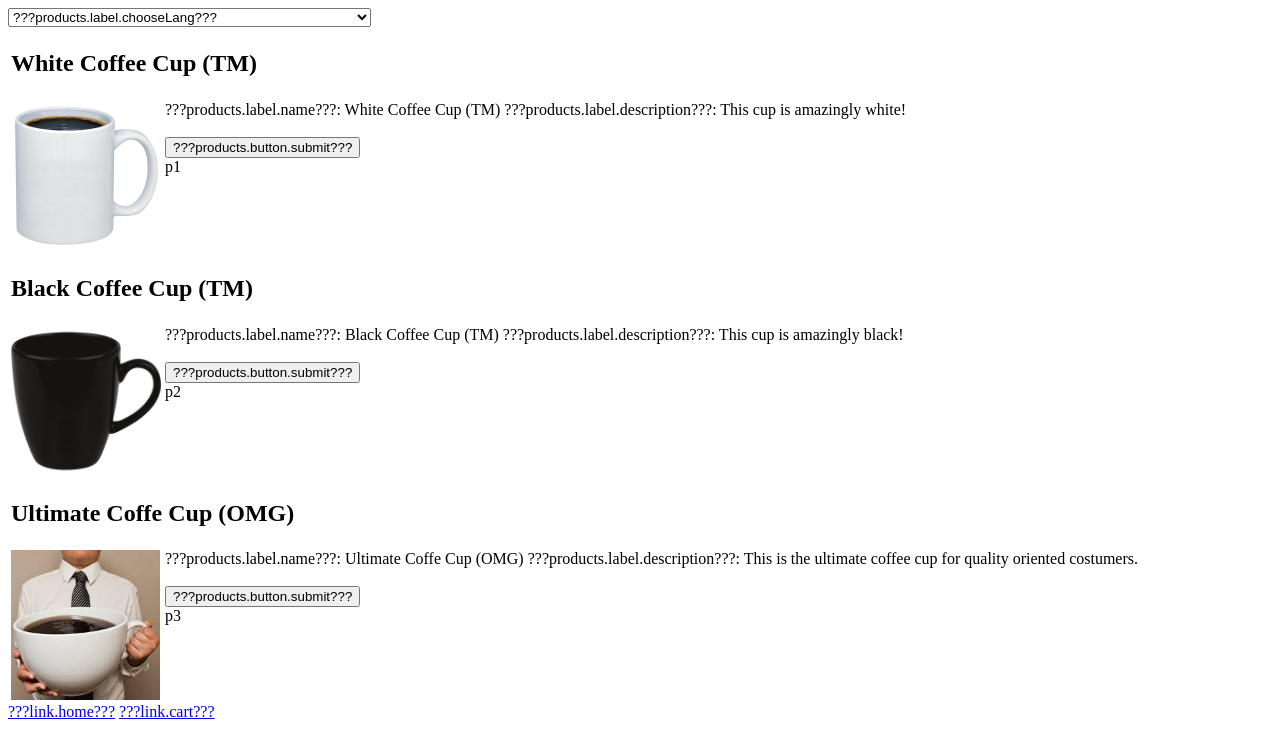
Repository: superdids/DAT152
Page: http://localhost/Oblig3/products
An editor plug-in stored every save of this project. The page is shown before and after a run of saves, followed by the edit.
The browser window is 1280 px wide. The pictures show the whole page.
The page is served by Tomcat 9. Other server files are loaded and not shown.

Above is the page before, as saved 2015-10-31 15:13:20.

### Oblig3/WebContent/products.jsp
<%@ page language="java" contentType="text/html; charset=UTF-8"
    pageEncoding="UTF-8"%>
<%@ taglib uri="http://java.sun.com/jsp/jstl/core" prefix="c" %>
<%@ taglib prefix="fmt" uri="http://java.sun.com/jsp/jstl/fmt" %>
<%-- <c:set var="language"  --%>
<%-- value="${not empty param.language ? param.language : not empty language ? language : pageContext.request.locale}"  --%>
<%-- scope="session" /> --%>
<%-- <c:set var="language" value="${language}" scope="session" /> --%>
<fmt:setLocale value="${language}" />
<fmt:setBundle basename="no.hib.dat152.i18n.text" />
<!DOCTYPE html PUBLIC "-//W3C//DTD HTML 4.01 Transitional//EN" "http://www.w3.org/TR/html4/loose.dtd">
<html lang="${language}">
<head>
<meta http-equiv="Content-Type" content="text/html; charset=UTF-8">
<title>Products</title>
</head>
<body>

<c:set var="url" value="products" />
<jsp:include page="selectLanguage.jsp" />

<table>
<c:forEach var="description" items="${descriptions}">
<tr><td colspan="2"><h2>${description.product.productName}</h2></td></tr>
<tr>
	<td>
		<img src="${description.product.relativePathToImg}" height="150"/>
	</td>
	<td style="vertical-align:top">
		<fmt:message key="products.label.name" />: ${description.product.productName}
<%-- 		<label for="name"><fmt:message key="products.label.name" /></label>: ${description.product.productName} <br/> --%>

<%-- 		<label for="price"><fmt:message key="products.label.price" /></label>: ${description.product.priceInEuro} <br/> --%>
		<label for="description"><fmt:message key="products.label.description" /></label>: ${description.text} <br/><br/>
		<form action="products" method="POST">
			<fmt:message key="products.button.submit" var="buttonValue" />
			<input type="hidden" name="item" value="p${description.id.productNumber}" />
			<input type="submit" value="${buttonValue}" />
			<br/> p${description.id.productNumber}
		</form>
		</td>
</tr>
</c:forEach>
</table>

<a href="home"><fmt:message key="link.home" /></a>
<a href="cart"><fmt:message key="link.cart" /></a>

</body>
</html>

### Oblig3/WebContent/selectLanguage.jsp
<%@ page language="java" contentType="text/html; charset=UTF-8"
    pageEncoding="UTF-8"%>
<%@ taglib uri="http://java.sun.com/jsp/jstl/core" prefix="c" %>
<%@ taglib prefix="fmt" uri="http://java.sun.com/jsp/jstl/fmt" %>
<%@ taglib prefix="cs" uri="WEB-INF/customTags.tld" %>
<fmt:setLocale value="${language}" />
<fmt:setBundle basename="no.hib.dat152.i18n.text" var="bundle"/>
<!DOCTYPE html PUBLIC "-//W3C//DTD HTML 4.01 Transitional//EN" "http://www.w3.org/TR/html4/loose.dtd">
<html>
<head>
<meta http-equiv="Content-Type" content="text/html; charset=UTF-8">
<title>Notitle</title>
</head>
<body>
<form action="${url}" method="POST">
	<select id="language" name="language" onchange="submit()" >
		<option disabled="disabled" selected="selected" >
			<fmt:message key="products.label.chooseLang" bundle="${bundle}"/>
		</option>
		<c:forEach var="lang" items="${availableLanguages}">
			<option value="${lang}">
				<fmt:setLocale value="${lang}" />
				<fmt:setBundle basename="no.hib.dat152.i18n.text" />
				<fmt:message key="products.label.lang" />
				<c:if test="${language == lang}" >
					<fmt:message key="products.label.selected" />
				</c:if>
			</option>
		</c:forEach>
		<fmt:setLocale value="${language}" />
		<fmt:setBundle basename="no.hib.dat152.i18n.text" />
	</select>
</form>

</body>
</html>

### Oblig3/src/no/hib/dat152/controllers/Products.java
package no.hib.dat152.controllers;

import java.io.IOException;
import java.util.List;

import javax.servlet.ServletException;
import javax.servlet.annotation.WebServlet;
import javax.servlet.http.HttpServlet;
import javax.servlet.http.HttpServletRequest;
import javax.servlet.http.HttpServletResponse;

import no.hib.dat102.database.Description;
import no.hib.dat102.database.DescriptionDAOContext;
import no.hib.dat102.database.Product;
import no.hib.dat102.database.ProductDAOContext;
import no.hib.dat152.util.RequestHelper;

/**
 * Servlet implementation class Products
 */
@WebServlet("/products")
public class Products extends HttpServlet {
	private static final long serialVersionUID = 1L;

	/**
	 * @see HttpServlet#HttpServlet()
	 */
	public Products() {
		super();
		// TODO Auto-generated constructor stub
	}

	/**
	 * @see HttpServlet#doGet(HttpServletRequest request, HttpServletResponse response)
	 */
	protected void doGet(HttpServletRequest request, HttpServletResponse response) throws ServletException, IOException {

		request = RequestHelper.setLanguage(request);

		String dynamic = (String) request.getSession().getAttribute("language");

		DescriptionDAOContext dao = new DescriptionDAOContext();
		List<Description> descriptions = dao.readAllDescriptionsByLanguageCode(dynamic);
		request.setAttribute("descriptions", descriptions);

		request.getRequestDispatcher("/products.jsp").forward(request, response);
	}

	/**
	 * @see HttpServlet#doPost(HttpServletRequest request, HttpServletResponse response)
	 */
	protected void doPost(HttpServletRequest request, HttpServletResponse response) throws ServletException, IOException {
		if (request.getParameter("language") != null)
			response = RequestHelper.generateCookie(request, response, "language", "locale");
		else {
			ProductDAOContext dao = new ProductDAOContext();
			List<Product> products = dao.readAll();
			Product p = null;
			String parameter = request.getParameter("item");
			System.out.println(parameter);
			if(parameter != null) {
				if(products != null) {
					for(Product product : products) {
						if(parameter.equals("p"+product.getProductNumber())) {
							p = product; break;
						}
					}
				}
				if (p != null) request = RequestHelper.updateCart(request, p);
				else System.out.println("product null");
			}
		}
		response.sendRedirect(request.getContextPath() + "/products");
	}
}

### Oblig3/src/no/hib/dat152/util/RequestHelper.java
package no.hib.dat152.util;

import javax.servlet.http.Cookie;
import javax.servlet.http.HttpServletRequest;
import javax.servlet.http.HttpServletResponse;

import no.hib.dat102.database.AvailableLanguages;
import no.hib.dat102.database.DescriptionDAOContext;
import no.hib.dat102.database.Product;
import no.hib.dat152.models.CartItem;
import no.hib.dat152.models.MyAwesomeCart;

/**
 * Hjelpeklasse som oppdaterer request/response objektet, eller
 * henter verdier fra request objektet
 * @author Didrik, Lars-Jo, Ståle
 */
public class RequestHelper {

	/**
	 * Henter språkkode
	 * @param request Request objektet
	 * @return Språkkoden om den finnes i request objektet, null ellers
	 */
	public static String getLanguageFromRequest(HttpServletRequest request) {
		String lang = request.getParameter("language");
		return lang != null ? lang : "en";
	}

	/**
	 * Henter en cookie med gitt request objekt og cookie navn
	 * @param request Request objektet
	 * @param cookieName Cookie navn
	 * @return Referanse til et cookie objekt om navnet eksisterer, null ellers
	 */
	public static Cookie getCookie(HttpServletRequest request, String cookieName) {
		Cookie cookie = null;
		Cookie [] cookies = request.getCookies();
		if (cookies != null) {
			for(Cookie c : cookies) {
				if(c.getName().equals(cookieName)) { cookie = c; break; }
			}
		}

		return cookie;
	}

	/**
	 * Oppretter nytt cookie objekt
	 * @param request Request objektet
	 * @param response Response objektet
	 * @param paramReference Parameterreferanse som skal settes inn i cookie objektet
	 * @param cookieName Navnet som skal tilordnes cookie objektet
	 * @return Referanse til et cookie objekt
	 */
	public static HttpServletResponse generateCookie(HttpServletRequest request,
			HttpServletResponse response, String paramReference,
			String cookieName) {
		String param = request.getParameter(paramReference);

		Cookie cookie = new Cookie(cookieName, param);
		response.addCookie(cookie);
		return response;
	}

	/**
	 * Setter språk avhengig av verdi i cookie
	 * @param request Request objektet
	 * @return Oppdatert request objekt
	 */
	public static HttpServletRequest setLanguage(HttpServletRequest request) {
		Cookie cookie = RequestHelper.getCookie(request, "locale");
		String dynamic = "en";
		if(cookie != null)
			dynamic = cookie.getValue();

		AvailableLanguages availableLanguages = ServletContext.getAvailableLanguagesFromContext();

		request.setAttribute("availableLanguages", availableLanguages.getLanguages());
		request.getSession().setAttribute("language", dynamic);
		return request;
	}

	/**
	 * Oppdaterer handlevognen
	 * @param request Request objektet
	 * @param product Produktet som skal legges inn i handlevognen
	 * @return Oppdatert request objekt
	 */
	public static HttpServletRequest updateCart(HttpServletRequest request, Product product) {
		MyAwesomeCart cart = (MyAwesomeCart) request.getSession().getAttribute("cart");
		Integer id = product.getProductNumber();

		if(cart == null) {
			cart = new MyAwesomeCart();
			cart.addItem(id, new CartItem(product, 1,""));
		} else
			if(cart.inCart(id))
				cart.addCount(id);
			else
				cart.addItem(id, new CartItem(product,1,""));

		request.getSession().setAttribute("cart", cart);

		return request;
	}
}

### Oblig3/src/no/hib/dat102/database/DescriptionDAO.java
package no.hib.dat102.database;

import java.util.List;

/**
 * Kontrakt som definerer oppførselen til et Data Access Object
 * som opererer på beskrivelser i en gitt samling
 * @author Didrik
 *
 */
public interface DescriptionDAO {

	/**
	 * Oppretter en ny beskrivelse
	 * @param d Beskrivelsen som skal opprettes
	 * @return Beskrivelsen, null dersom det skulle forekomme en feil
	 */
	public Description create(Description d);

	/**
	 * Henter en beskrivelse med en gitt primærnøkkel
	 * @param primaryKey Primærnøkkelen som det søkes etter
	 * @return Produktet dersom primærnøkkelen assosieres til
	 * en beskrivelse i samlingen, null ellers
	 */
	public Description read(DescriptionId primaryKey);

	/**
	 * Oppdaterer en eksisterende beskrivelse, eller oppretter
	 * om den ikke eksisterer
	 * @param d Beskrivelsen som skal oppdateres
	 * @return Beskrivelsen, null om det skulle forekomme en feil
	 */
	public Description update(Description d);

	/**
	 * Sletter en beskrivelse med en gitt primærnøkkel
	 * @param primaryKey Primærnøkkelen som det søkes etter
	 * @return True om beskrivelsen ble fjernet fra samlingen, false ellers
	 */
	public boolean delete(DescriptionId primaryKey);

	/**
	 * Henter alle beskrivelser i samlingen
	 * @return Samling av beskrivelser
	 */
	public List<Description> readAll();

	/**
	 * Henter alle beskrivelser i samlingen som har ønsket språkkode
	 * @param langCode Språkkoden aktuell for produkter
	 * @return Samling av beskrivelser
	 */
	public List<Description> readAllDescriptionsByLanguageCode(String langCode);

}

### Oblig3/src/no/hib/dat102/database/DescriptionDAOContext.java
package no.hib.dat102.database;

import java.util.ArrayList;
import java.util.List;

import no.hib.dat152.util.ServletContext;

public class DescriptionDAOContext implements DescriptionDAO {


	public DescriptionDAOContext() {

	}

	@Override
	public Description create(Description d) {
		// TODO Auto-generated method stub
		return null;
	}

	@Override
	public Description read(DescriptionId primaryKey) {
		List<Description> descriptions = ServletContext.fetchDescriptionsFromContext();
		for(Description d : descriptions) {
			if(d.getId() == primaryKey) return d;
		}
		return null;
	}

	@Override
	public Description update(Description d) {
		// TODO Auto-generated method stub
		return null;
	}

	@Override
	public boolean delete(DescriptionId primaryKey) {
		// TODO Auto-generated method stub
		return false;
	}

	@Override
	public List<Description> readAll() {
		List<Description> descriptions = ServletContext.fetchDescriptionsFromContext();
		return descriptions.size() > 0 ? descriptions : null;
	}

	@Override
	public List<Description> readAllDescriptionsByLanguageCode(String langCode) {
		List<Description> descriptions = ServletContext.fetchDescriptionsFromContext();
		List<Description> toRet = new ArrayList<Description>();
		for(Description d : descriptions)
			if(d.getId().getLanguageCode().equals(langCode)) toRet.add(d);
		return toRet.size() > 0 ? toRet : null;
	}
}

After the next 2 saves:
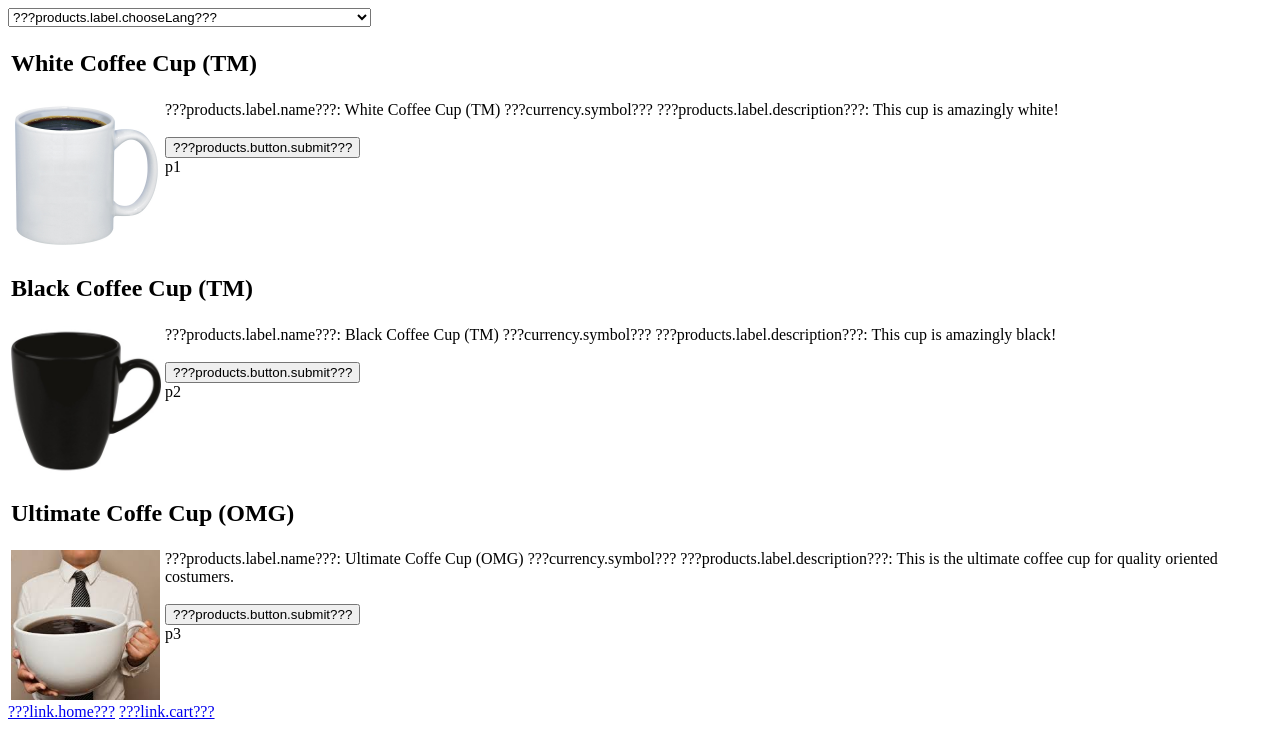
The 2 saves are shown as one change because 1 did not build or start.
The last was saved 10 s later.
--- a/Oblig3/WebContent/products.jsp
+++ b/Oblig3/WebContent/products.jsp
@@ -29,7 +29,7 @@
 	<td style="vertical-align:top">
 		<fmt:message key="products.label.name" />: ${description.product.productName}
 <%-- 		<label for="name"><fmt:message key="products.label.name" /></label>: ${description.product.productName} <br/> --%>
-
+		<fmt:message key="currency.symbol" />
 <%-- 		<label for="price"><fmt:message key="products.label.price" /></label>: ${description.product.priceInEuro} <br/> --%>
 		<label for="description"><fmt:message key="products.label.description" /></label>: ${description.text} <br/><br/>
 		<form action="products" method="POST">
